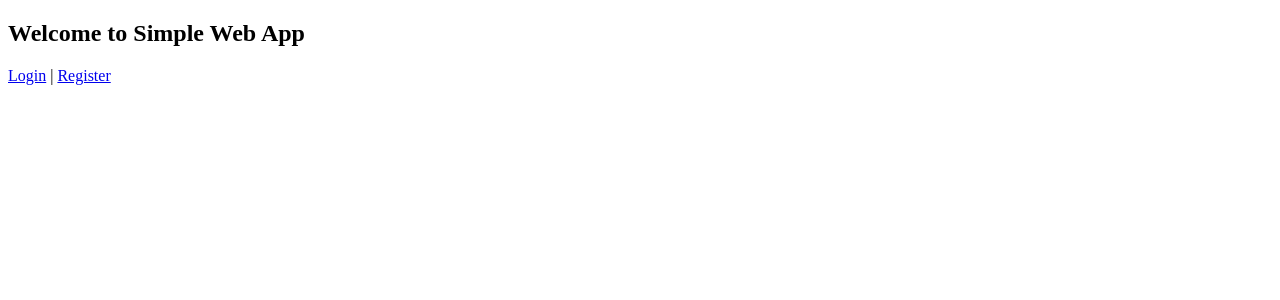
Repository: psychocoder03/ISSAssignment
Page: http://localhost/SimpleWebApp/
An editor plug-in stored every save of this project. The page is shown before and after the next save, followed by the edit.
The browser window is 1280 px wide. The pictures show the whole page.
The page is served by Tomcat 10. Other server files are loaded and not shown.

Above is the page before, as saved 2024-06-26 02:13:10.

### SimpleWebApp/src/main/webapp/index.jsp
<!DOCTYPE html>
<html>
<head>
    <title>Home Page</title>
</head>
<body>
    <h2>Welcome to Simple Web App</h2>
    <a href="login.jsp">Login</a> | <a href="register.jsp">Register</a>
</body>
</html>

After the next save:
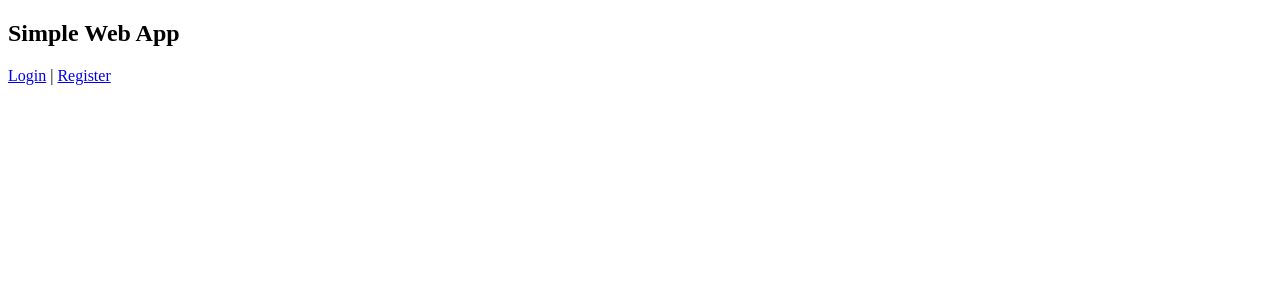
Saved 7 s later.
--- a/SimpleWebApp/src/main/webapp/index.jsp
+++ b/SimpleWebApp/src/main/webapp/index.jsp
@@ -4,7 +4,7 @@
     <title>Home Page</title>
 </head>
 <body>
-    <h2>Welcome to Simple Web App</h2>
+    <h2>Simple Web App</h2>
     <a href="login.jsp">Login</a> | <a href="register.jsp">Register</a>
 </body>
 </html>
